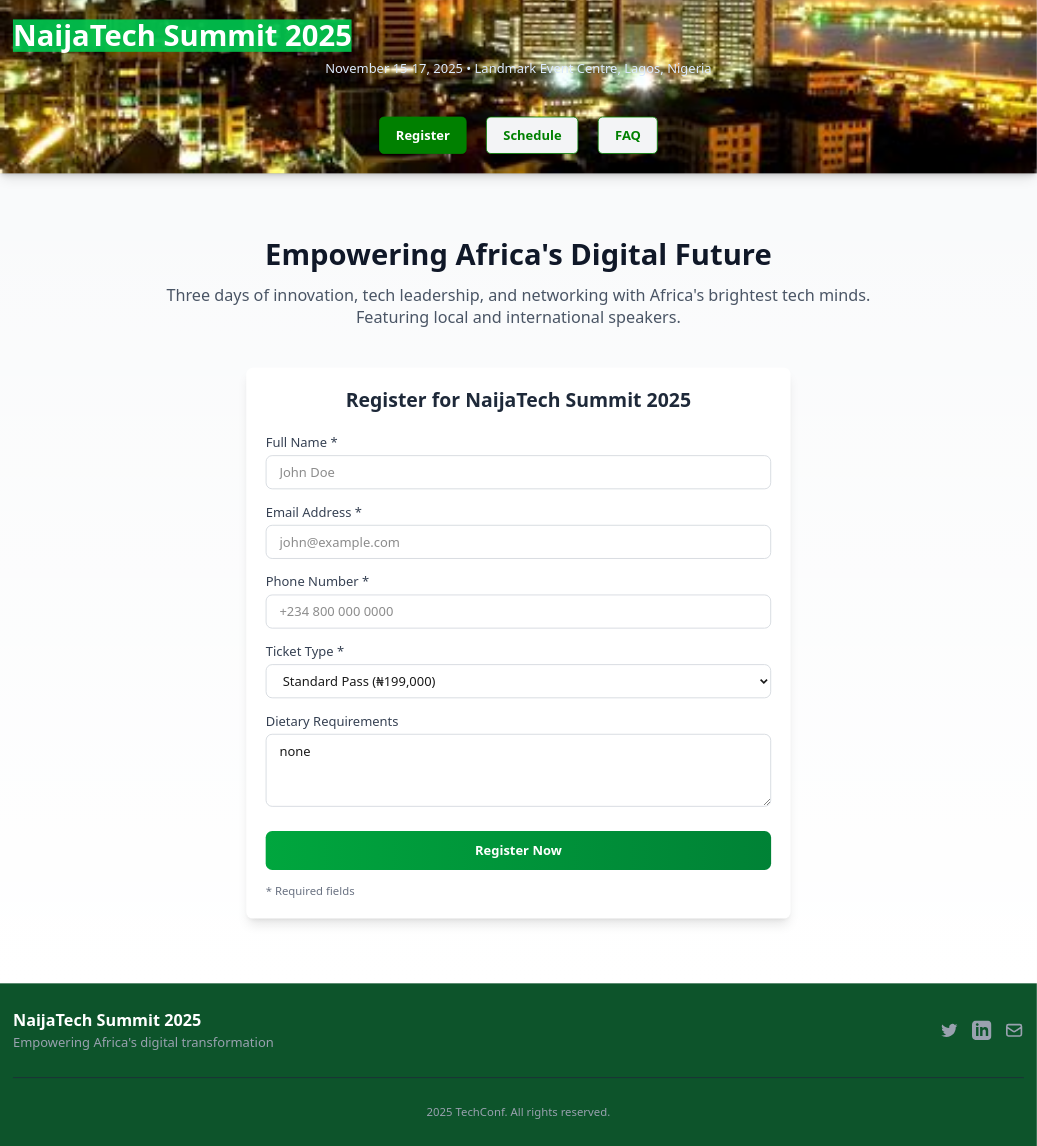
Repository: AYANO-EMMANUEL/fictional-tech-conf-event
Page: /
These files come from the project's save history. The page is drawn as it stood at one moment and after the next save; the edit follows.
The browser window is 1280 px wide. The pictures show the whole page, at 81% of full size.
The project was rebuilt for these pictures with package versions that can differ from the ones it lists, and the page was loaded fresh each time. Also part of the build but not shown: vite.config.ts, src/components/Schedule/Schedule.tsx, src/components/FAQ/FAQ.tsx.

Above is the page before, as saved 2025-08-06 14:21:16.

### index.html
<!doctype html>
<html lang="en">
  <head>
    <meta charset="UTF-8" />
    <link rel="icon" type="image/svg+xml" href="/vite.svg" />
    <link rel="stylesheet" href="/src/index.css">
    <meta name="viewport" content="width=device-width, initial-scale=1.0" />
    <title>Vite + React + TS</title>
  </head>
  <body>
    <div id="root"></div>
    <script type="module" src="/src/main.tsx"></script>
  </body>
</html>

### src/index.css
/* @import "tailwindcss/components.css";
@import "tailwindcss/preflight.css";
@import "tailwindcss/utilities.css"; */
/* @tailwind base;
@tailwind components;
@tailwind utilities; */

@import "tailwindcss";

/* Custom styles */
.btn {
  display: inline-flex;
  align-items: center;
  justify-content: center;
  font-weight: 600;
  padding: 0.625rem 1.25rem;
  border-radius: 0.375rem;
  transition: all 0.2s ease-in-out;
  cursor: pointer;
  border: 1px solid transparent;
  box-shadow: 0 1px 2px 0 rgba(0, 0, 0, 0.05);
}

.btn:focus {
  outline: 2px solid transparent;
  outline-offset: 2px;
  box-shadow: 0 0 0 3px rgba(59, 130, 246, 0.5);
}

/* Primary Button */
.btn-primary {
  /* @apply bg-nigeria-green text-white hover:bg-green-700 focus:bg-green-700 active:bg-green-800; */
  background-color: green;
  color: white;
  border-color: green;
}

.btn-primary:focus {
  outline: 2px solid transparent;
  outline-offset: 2px;
  box-shadow: 0 0 0 3px rgba(59, 130, 246, 0.5);
}

.btn-primary:hover {
  transform: translateY(-1px);
  box-shadow: 0 4px 6px -1px rgba(0, 0, 0, 0.1), 0 2px 4px -1px rgba(0, 0, 0, 0.06);
}

.btn-primary:active {
  transform: translateY(0);
}

/* Secondary button */
.btn-secondary {
  /* @apply bg-white text-nigeria-green border-2 border-nigeria-green hover:bg-green-50 focus:bg-green-50 active:bg-green-100; */
  background-color: #f3f4f6;
  color: green;
  border: 1px solid green;
}

.btn-secondary:hover {
  background-color: #e5e7eb;
  transform: translateY(-1px);
  box-shadow: 0 4px 6px -1px rgba(0, 0, 0, 0.1), 0 2px 4px -1px rgba(0, 0, 0, 0.06);
}

.btn-secondary:active {
  transform: translateY(0);
}

.card {
  background-color: white;
  border-radius: 0.5rem;
  box-shadow: 0 4px 6px -1px rgb(0 0 0 / 0.1), 0 2px 4px -2px rgb(0 0 0 / 0.1);
  overflow: hidden;
  transition-property: all;
  transition-timing-function: cubic-bezier(0.4, 0, 0.2, 1);
  transition-duration: 200ms;
}

.card:hover {
  box-shadow: 0 10px 15px -3px rgb(0 0 0 / 0.1), 0 4px 6px -4px rgb(0 0 0 / 0.1);
}

.form-input {
  width: 100%;
  padding: 0.5rem 1rem;
  border-width: 1px;
  border-color: #d1d5db;
  border-radius: 0.5rem;
  transition-property: color, background-color, border-color, text-decoration-color, fill, stroke, opacity, box-shadow, transform, filter, backdrop-filter;
  transition-timing-function: cubic-bezier(0.4, 0, 0.2, 1);
  transition-duration: 200ms;
}

.form-input:focus {
  outline: 2px solid transparent;
  outline-offset: 2px;
  --tw-ring-offset-shadow: var(--tw-ring-inset) 0 0 0 var(--tw-ring-offset-width) var(--tw-ring-offset-color);
  --tw-ring-shadow: var(--tw-ring-inset) 0 0 0 calc(2px + var(--tw-ring-offset-width)) var(--tw-ring-color);
  box-shadow: var(--tw-ring-offset-shadow), var(--tw-ring-shadow), var(--tw-shadow, 0 0 #0000);
  --tw-ring-color: rgb(59 130 246 / 0.5);
  --tw-ring-offset-width: 0px;
  border-color: transparent;
}

.form-label {
  display: block;
  color: #374151;
  font-weight: 500;
  margin-bottom: 0.25rem;
}

/* Base styles */
:root {
  font-family: system-ui, -apple-system, BlinkMacSystemFont, 'Segoe UI', Roboto, 'Helvetica Neue', Arial, sans-serif;
  line-height: 1.5;
  font-weight: 400;
  color: #1a1a1a;
  background-color: #f9fafb;
  font-synthesis: none;
  text-rendering: optimizeLegibility;
  -webkit-font-smoothing: antialiased;
  -moz-osx-font-smoothing: grayscale;
}

/* Animations */
@keyframes fadeIn {
  from { opacity: 0; transform: translateY(10px); }
  to { opacity: 1; transform: translateY(0); }
}

.animate-fade-in {
  animation: fadeIn 0.3s ease-out forwards;
}

### src/main.tsx
import React from 'react';
import { createRoot } from 'react-dom/client';
import App from './App';
import './index.css';

const container = document.getElementById('root');
if (!container) throw new Error('Failed to find the root element');
const root = createRoot(container);

root.render(
  <React.StrictMode>
    <App />
  </React.StrictMode>
);

### src/App.tsx
import { useState } from 'react';
import { RegistrationForm } from './components/Form/RegistrationForm';
import Schedule from './components/Schedule/Schedule';
import FAQ from './components/FAQ/FAQ';
// import Hero from '../src/assets/tnigeria-bg.jpeg';

function App() {
  const [activeSection, setActiveSection] = useState<'register' | 'schedule' | 'faq'>('register');

  return (
    <div className="min-h-screen bg-gray-50">
      {/* Header */}
      <header className="bg-gradient-to-r text-center from-green-500 to-green-700 bg-cover bg-bottom bg-[url('../src/assets/tnigeria-bg.jpeg')] text-white shadow-lg">
        <div className="container text-center mx-auto px-4 py-6">
          <h1 className="text-3xl md:text-4xl w-max bg-green-500/90 font-bold mb-2">NaijaTech Summit 2025</h1>
          <p className="text-blue-100">November 15-17, 2025 • Landmark Event Centre, Lagos, Nigeria</p>
        </div>

        {/* Navigation */}
        <nav className="bg-nigeria-green/90 shadow-md">
          <div className="container mx-auto px-4">
            <div className="flex flex-col justify-center sm:flex-row space-y-2 sm:space-y-0 sm:space-x-6 py-6">
              <button
                onClick={() => setActiveSection('register')}
                className={`btn ${activeSection === 'register'
                  ? 'btn-primary'
                  : 'btn-secondary'}`}
              >
                Register
              </button>
              <button
                onClick={() => setActiveSection('schedule')}
                className={`btn ${activeSection === 'schedule'
                  ? 'btn-primary'
                  : 'btn-secondary'}`}
              >
                Schedule
              </button>
              <button
                onClick={() => setActiveSection('faq')}
                className={`btn ${activeSection === 'faq'
                  ? 'btn-primary'
                  : 'btn-secondary'}`}
              >
                FAQ
              </button>
            </div>
          </div>
        </nav>
      </header>

      {/* Hero Section */}
      {activeSection === 'register' && (
        <section className="py-12 md:py-20 bg-gradient-to-b from-nigeria-greenLight to-white">
          <div className="container mx-auto px-4">
            <div className="max-w-4xl mx-auto text-center mb-12">
              <h2 className="text-3xl md:text-4xl font-bold text-gray-900 mb-4">
                Empowering Africa's Digital Future
              </h2>
              <p className="text-xl text-gray-600">
                Three days of innovation, tech leadership, and networking with Africa's brightest tech minds. Featuring local and international speakers.
              </p>
            </div>
            <RegistrationForm onSuccess={() => setActiveSection('schedule')} />
          </div>
        </section>
      )}

      {/* Schedule Section */}
      {activeSection === 'schedule' && (
        <section className="py-12 md:py-16 bg-white">
          <main className="container mx-auto px-4 py-8">
            <Schedule />
          </main>
        </section>
      )}

      {/* FAQ Section */}
      {activeSection === 'faq' && (
        <section className="py-12 md:py-16 bg-gray-50">
          <div className="container mx-auto px-4">
            <FAQ />
          </div>
        </section>
      )}

      {/* Footer */}
      <footer className="bg-green-900 text-white py-8">
        <div className="container mx-auto px-4">
          <div className="flex flex-col md:flex-row justify-between items-center">
            <div className="mb-4 md:mb-0">
              <h3 className="text-xl font-bold">NaijaTech Summit 2025</h3>
              <p className="text-gray-400">Empowering Africa's digital transformation</p>
            </div>
            <div className="flex space-x-4">
              <a href="#" className="text-gray-400 hover:text-white transition-colors">
                <span className="sr-only">Twitter</span>
                <svg className="h-6 w-6" fill="currentColor" viewBox="0 0 24 24" aria-hidden="true">
                  <path d="M8.29 20.251c7.547 0 11.675-6.253 11.675-11.675 0-.178 0-.355-.012-.53A8.348 8.348 0 0022 5.92a8.19 8.19 0 01-2.357.646 4.118 4.118 0 001.804-2.27 8.224 8.224 0 01-2.605.996 4.107 4.107 0 00-6.993 3.743 11.65 11.65 0 01-8.457-4.287 4.106 4.106 0 001.27 5.477A4.072 4.072 0 012.8 9.713v.052a4.105 4.105 0 003.292 4.022 4.095 4.095 0 01-1.853.07 4.108 4.108 0 003.834 2.85A8.233 8.233 0 012 18.407a11.616 11.616 0 006.29 1.84" />
                </svg>
              </a>
              <a href="#" className="text-gray-400 hover:text-white transition-colors">
                <span className="sr-only">LinkedIn</span>
                <svg className="h-6 w-6" fill="currentColor" viewBox="0 0 24 24" aria-hidden="true">
                  <path fillRule="evenodd" d="M19 0h-14c-2.761 0-5 2.239-5 5v14c0 2.761 2.239 5 5 5h14c2.762 0 5-2.239 5-5v-14c0-2.761-2.238-5-5-5zm-11 19h-3v-11h3v11zm-1.5-12.268c-.966 0-1.75-.79-1.75-1.764s.784-1.764 1.75-1.764 1.75.79 1.75 1.764-.783 1.764-1.75 1.764zm13.5 12.268h-3v-5.604c0-3.368-4-3.113-4 0v5.604h-3v-11h3v1.765c1.396-2.586 7-2.777 7 2.476v6.759z" clipRule="evenodd" />
                </svg>
              </a>
              <a href="mailto:info@techconf.com" className="text-gray-400 hover:text-white transition-colors">
                <span className="sr-only">Email</span>
                <svg className="h-6 w-6" fill="none" stroke="currentColor" viewBox="0 0 24 24" xmlns="http://www.w3.org/2000/svg">
                  <path strokeLinecap="round" strokeLinejoin="round" strokeWidth={2} d="M3 8l7.89 5.26a2 2 0 002.22 0L21 8M5 19h14a2 2 0 002-2V7a2 2 0 00-2-2H5a2 2 0 00-2 2v10a2 2 0 002 2z" />
                </svg>
              </a>
            </div>
          </div>
          <div className="mt-8 pt-8 border-t border-gray-800 text-center text-gray-400 text-sm">
            <p> {new Date().getFullYear()} TechConf. All rights reserved.</p>
          </div>
        </div>
      </footer>
    </div>
  );
}

export default App;

### src/components/Form/RegistrationForm.tsx
import { useState, useEffect } from 'react';

interface FormData {
  fullName: string;
  email: string;
  phone: string;
  ticketType: 'standard' | 'vip' | 'student' | 'startup';
  state: string;
  organization: string;
  howHeard: string;
  dietaryRequirements: string;
}

interface RegistrationFormProps {
  onSuccess?: () => void;
}

export const RegistrationForm = ({ onSuccess }: RegistrationFormProps) => {
  const [formData, setFormData] = useState<FormData>({
    fullName: '',
    email: '',
    phone: '',
    ticketType: 'standard',
    state: '',
    organization: '',
    howHeard: '',
    dietaryRequirements: 'none',
  });

  const [errors, setErrors] = useState<Partial<FormData>>({});
  const [isSubmitted, setIsSubmitted] = useState(false);

  // Load saved form data from localStorage on component mount
  useEffect(() => {
    const savedFormData = localStorage.getItem('conferenceFormData');
    if (savedFormData) {
      setFormData(JSON.parse(savedFormData));
    }
  }, []);

  // Save form data to localStorage whenever it changes
  useEffect(() => {
    localStorage.setItem('conferenceFormData', JSON.stringify(formData));
  }, [formData]);

  const validateForm = (): boolean => {
    const newErrors: Partial<FormData> = {};
    let isValid = true;

    if (!formData.fullName.trim()) {
      newErrors.fullName = 'Full name is required';
      isValid = false;
    }

    if (!formData.email) {
      newErrors.email = 'Email is required';
      isValid = false;
    } else if (!/^[^\s@]+@[^\s@]+\.[^\s@]+$/.test(formData.email)) {
      newErrors.email = 'Please enter a valid email address';
      isValid = false;
    }

    if (!formData.phone) {
      newErrors.phone = 'Phone number is required';
      isValid = false;
    } else if (
      !(
        /^\+?234\s?\d{10}$/.test(formData.phone) ||
        /^\d{11}$/.test(formData.phone)
      )
    ) {
      newErrors.phone = 'Please enter a valid phone number';
      isValid = false;
    }

    setErrors(newErrors);
    return isValid;
  };

  const handleChange = (
    e: React.ChangeEvent<HTMLInputElement | HTMLSelectElement | HTMLTextAreaElement>
  ) => {
    const { name, value } = e.target;
    setFormData({
      ...formData,
      [name]: value,
    });
  };

  const handleSubmit = (e: React.FormEvent) => {
    e.preventDefault();
    if (validateForm()) {
      // In a real app, you would send the data to your backend here
      console.log('Form submitted:', formData);
      setIsSubmitted(true);
      // Reset form
      setFormData({
        fullName: '',
        email: '',
        phone: '',
        ticketType: 'standard',
        state: '',
        organization: '',
        howHeard: '',
        dietaryRequirements: 'none',
      });
      // Clear any saved form data from localStorage
      localStorage.removeItem('conferenceFormData');

      // Call the onSuccess callback if provided
      if (onSuccess) {
        onSuccess();
      }
    }
  };

  const nigerianStates = [
    'Abia', 'Adamawa', 'Akwa Ibom', 'Anambra', 'Bauchi', 'Bayelsa', 'Benue', 'Borno',
    'Cross River', 'Delta', 'Ebonyi', 'Edo', 'Ekiti', 'Enugu', 'FCT', 'Gombe',
    'Imo', 'Jigawa', 'Kaduna', 'Kano', 'Katsina', 'Kebbi', 'Kogi', 'Kwara',
    'Lagos', 'Nasarawa', 'Niger', 'Ogun', 'Ondo', 'Osun', 'Oyo', 'Plateau',
    'Rivers', 'Sokoto', 'Taraba', 'Yobe', 'Zamfara'
  ];

  if (isSubmitted) {
    return (
      <div className="text-center py-8">
        <div className="text-green-500 text-5xl mb-4">✓</div>
        <h3 className="text-xl font-semibold text-gray-800 mb-2">E Don Cast!</h3>
        <p className="text-gray-600">Your registration is complete! We've sent a confirmation to {formData.email}.</p>
        <p className="text-gray-600 mt-2">No go miss am, we dey wait you for Landmark Event Centre!</p>
      </div>
    );
  }

  return (
    <div className="bg-white shadow-lg rounded-lg p-6 max-w-2xl mx-auto transform transition-all duration-300 hover:shadow-xl">
      <h2 className="text-2xl font-bold text-gray-800 mb-6 text-center">
        Register for NaijaTech Summit 2025
      </h2>
      <form onSubmit={handleSubmit} className="space-y-4">
        <div>
          <label htmlFor="fullName" className="block text-gray-700 font-medium mb-1">
            Full Name *
          </label>
          <input
            type="text"
            id="fullName"
            name="fullName"
            value={formData.fullName}
            onChange={handleChange}
            className={`w-full px-4 py-2 border rounded-lg focus:ring-2 focus:ring-blue-500 focus:border-transparent ${
              errors.fullName ? 'border-red-500' : 'border-gray-300'
            }`}
            placeholder="John Doe"
          />
          {errors.fullName && (
            <p className="mt-1 text-sm text-red-600">{errors.fullName}</p>
          )}
        </div>

        <div>
          <label htmlFor="email" className="block text-gray-700 font-medium mb-1">
            Email Address *
          </label>
          <input
            type="email"
            id="email"
            name="email"
            value={formData.email}
            onChange={handleChange}
            className={`w-full px-4 py-2 border rounded-lg focus:ring-2 focus:ring-blue-500 focus:border-transparent ${
              errors.email ? 'border-red-500' : 'border-gray-300'
            }`}
            placeholder="john@example.com"
          />
          {errors.email && (
            <p className="mt-1 text-sm text-red-600">{errors.email}</p>
          )}
        </div>

        <div>
          <label htmlFor="phone" className="block text-gray-700 font-medium mb-1">
            Phone Number *
          </label>
          <input
            type="tel"
            id="phone"
            name="phone"
            value={formData.phone}
            onChange={handleChange}
            className={`w-full px-4 py-2 border rounded-lg focus:ring-2 focus:ring-blue-500 focus:border-transparent ${
              errors.phone ? 'border-red-500' : 'border-gray-300'
            }`}
            placeholder="+234 800 000 0000"
          />
          {errors.phone && (
            <p className="mt-1 text-sm text-red-600">{errors.phone}</p>
          )}
        </div>

        <div>
          <label htmlFor="ticketType" className="block text-gray-700 font-medium mb-1">
            Ticket Type *
          </label>
          <select
            id="ticketType"
            name="ticketType"
            value={formData.ticketType}
            onChange={handleChange}
            className="w-full px-4 py-2 border border-gray-300 rounded-lg focus:ring-2 focus:ring-blue-500 focus:border-transparent"
          >
            <option value="standard">Standard Pass (₦199,000)</option>
            <option value="vip">VIP Pass (₦399,000)</option>
            <option value="student">Student Pass (₦99,000)</option>
          </select>
        </div>

        <div>
          <label htmlFor="dietaryRequirements" className="block text-gray-700 font-medium mb-1">
            Dietary Requirements
          </label>
          <textarea
            id="dietaryRequirements"
            name="dietaryRequirements"
            value={formData.dietaryRequirements}
            onChange={handleChange}
            rows={3}
            className="w-full px-4 py-2 border border-gray-300 rounded-lg focus:ring-2 focus:ring-blue-500 focus:border-transparent"
            placeholder="Any dietary restrictions or allergies?"
          />
        </div>

        <div className="pt-2">
          <button
            type="submit"
            className="w-full bg-gradient-to-r from-green-600 to-green-700 hover:from-green-700 hover:to-green-800 cursor-pointer text-white font-bold py-3 px-4 rounded-lg transition-all duration-300 transform hover:scale-[1.02] hover:shadow-lg active:scale-95"
          >
            Register Now
          </button>
        </div>

        <p className="text-sm text-gray-500 mt-4">
          * Required fields
        </p>
      </form>
    </div>
  );
};

export default RegistrationForm;

After the next save:
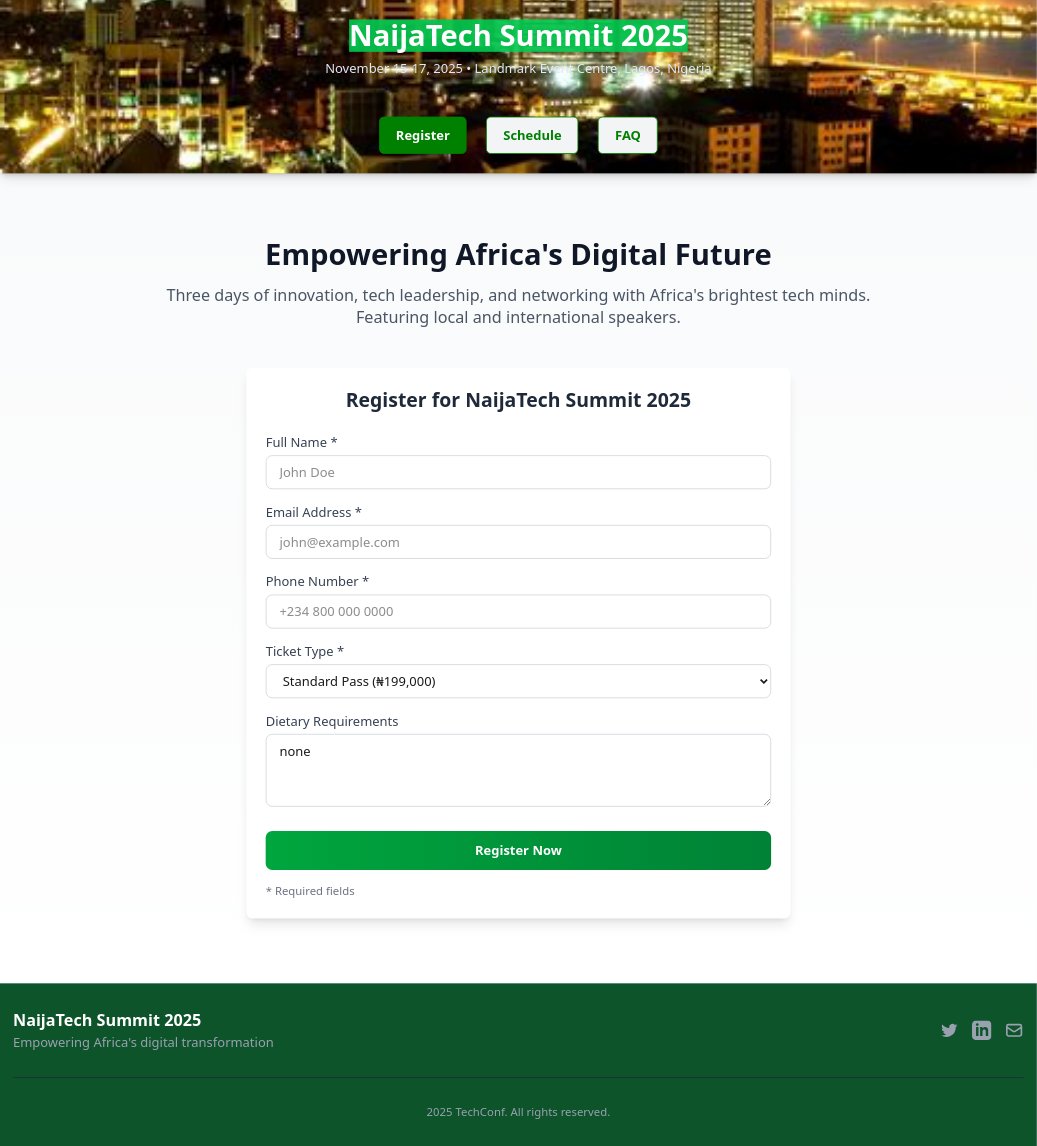
Saved 15 s later.
--- a/src/App.tsx
+++ b/src/App.tsx
@@ -11,8 +11,8 @@ function App() {
     <div className="min-h-screen bg-gray-50">
       {/* Header */}
       <header className="bg-gradient-to-r text-center from-green-500 to-green-700 bg-cover bg-bottom bg-[url('../src/assets/tnigeria-bg.jpeg')] text-white shadow-lg">
-        <div className="container text-center mx-auto px-4 py-6">
-          <h1 className="text-3xl md:text-4xl w-max bg-green-500/90 font-bold mb-2">NaijaTech Summit 2025</h1>
+        <div className="container mx-auto px-4 py-6">
+          <h1 className="text-3xl md:text-4xl w-max inline-block bg-green-500/90 font-bold mb-2">NaijaTech Summit 2025</h1>
           <p className="text-blue-100">November 15-17, 2025 • Landmark Event Centre, Lagos, Nigeria</p>
         </div>
 
